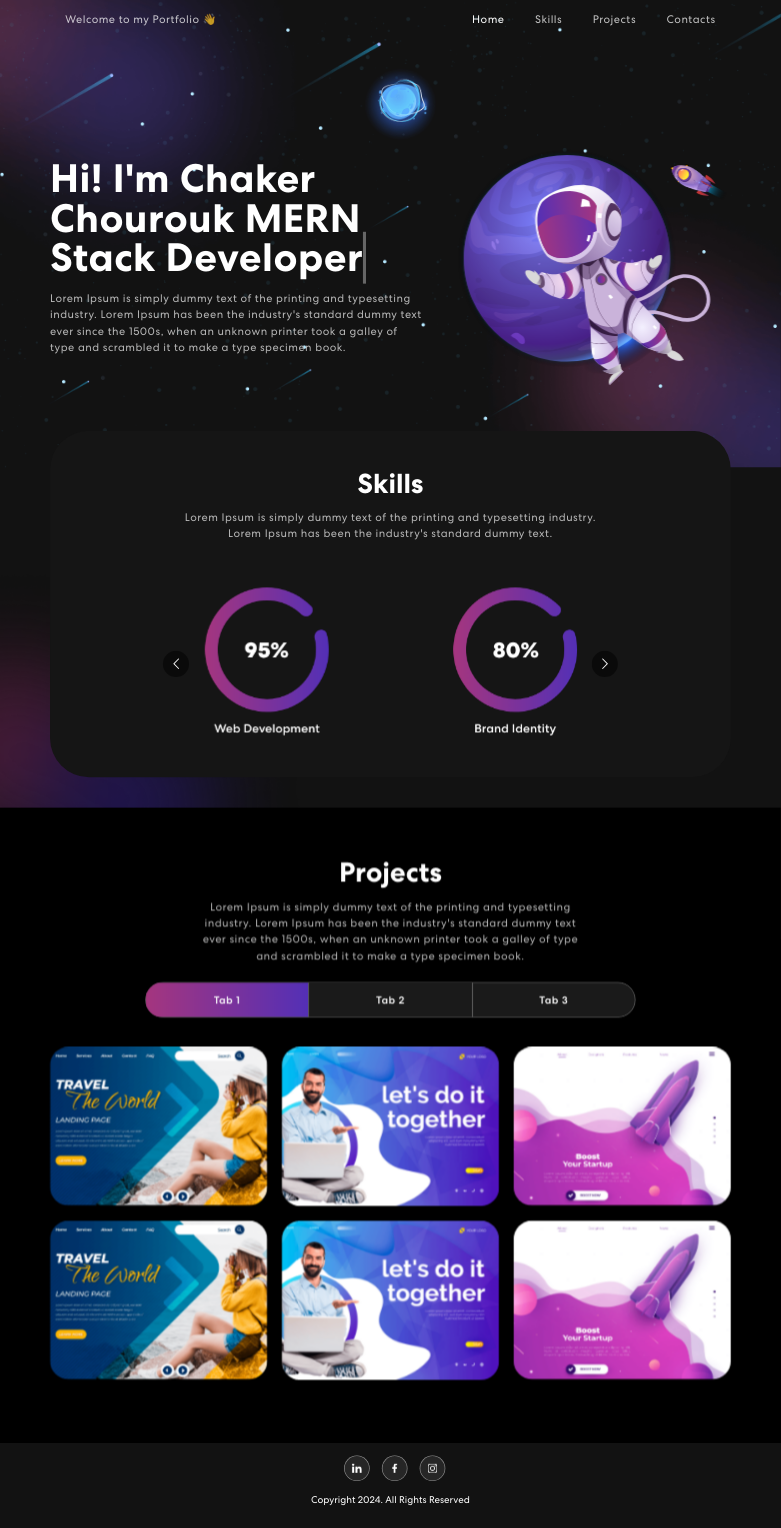
Repository: ChakerChourouk/personal-portfolio
Page: /
The author's editor kept a copy of each file at every save. The page is drawn from the files as they stood at one save, then again after the next save.
The browser window is 1280 px wide. The pictures show the whole page, at 61% of full size.
The project was rebuilt for these pictures with package versions that can differ from the ones it lists, and the page was loaded fresh each time. Imported but missing from the stored project, and not drawn on this page: src/components/Contact.

Above is the page before, as saved 2024-09-15 17:35:13.

### src/App.js
import logo from './logo.svg';
import './App.css';
import 'bootstrap/dist/css/bootstrap.min.css';
import { NavBar } from "./components/NavBar";
import { Banner } from "./components/Banner";
import { Skills } from "./components/Skills";
import { Projects } from "./components/Projects";
import { Contact } from "./components/Contact";
import { Footer } from "./components/Footer";

function App() {
  return (
    <div className="App">
      <NavBar />
      <Banner />
      <Skills />
      <Projects />
      <Footer />
    </div>
  );
}

export default App;

### src/App.css
/************ Custom Font ************/
@font-face {
	font-family: Centra;
	src: url('./assets/font/CentraNo2-Bold.ttf');
	font-weight: 700;
}
@font-face {
	font-family: Centra;
	src: url('./assets/font/CentraNo2-Medium.ttf');
	font-weight: 500;
}
@font-face {
	font-family: Centra;
	src: url('./assets/font/CentraNo2-Book.ttf');
	font-weight: 400;
}

/************ Default Css ************/
* {
  margin: 0;
  padding: 0;
  box-sizing: border-box;
}

html {
  scroll-behavior: smooth;
  scroll-padding-top: 75px;
}

body {
  font-weight: 400;
  overflow-x: hidden;
  position: relative;
  background-color: #121212 !important;
  color: #fff !important;
  font-family: 'Centra', sans-serif !important;
}

h1, h2, h3, h4, h5, h6 {
  margin: 0;
  padding: 0;
  line-height: normal;
}

p, a, li, button, ul {
  margin: 0;
  padding: 0;
  line-height: normal;
  text-decoration: none;
}

a:hover {
  text-decoration: none;
}

img {
  width: 100%;
  height: auto;
}

button {
  border: 0;
  background-color: transparent;
}

input:focus, textarea:focus, select:focus {
  outline: none;
}

@media (min-width:1700px) {
	main .container {
		max-width: 100%;
		padding: 0 150px;
	}
}

p.success {
	color: green;
}

p.danger {
	color: red;
}
/************ Navbar Css ************/
nav.navbar {
  padding: 18px 0;
  position: fixed;
  width: 100%;
  top: 0;
  z-index: 9999;
  transition:  0.32s ease-in-out;
}
nav.navbar.scrolled {
  padding: 0px 0;
  background-color: #121212;
}
nav.navbar a.navbar-brand {
    width: 9%;
}
nav.navbar .navbar-nav .nav-link.navbar-link {
  font-weight: 400;
  color: #fff !important;
  letter-spacing: 0.8px;
  padding: 0 25px;
  font-size: 18px;
  opacity: 0.75;
}
nav.navbar .navbar-nav a.nav-link.navbar-link:hover,
nav.navbar .navbar-nav a.nav-link.navbar-link.active {
    opacity: 1;
}
span.navbar-text {
    display: flex;
    align-items: center;
}
.social-icon {
    display: inline-block;
    margin-left: 14px;
}
.social-icon a {
    width: 42px;
    height: 42px;
    background: rgba(217, 217, 217, 0.1);
    display: inline-flex;
    border-radius: 50%;
    margin-right: 6px;
    align-items: center;
    justify-content: center;
    line-height: 1;
    border: 1px solid rgba(255, 255, 255, 0.5);
}
.social-icon a::before {
    content: "";
    width: 42px;
    height: 42px;
    position: absolute;
    background-color: #ffffff;
    border-radius: 50%;
    transform: scale(0);
	transition: 0.3s ease-in-out;
}
.social-icon a:hover::before {
    transform: scale(1);
}
.social-icon a img {
	width: 40%;
	z-index: 1;
	transition: 0.3s ease-in-out;
}
.social-icon a:hover img {
	filter: brightness(0) saturate(100%) invert(0%) sepia(7%) saturate(98%) hue-rotate(346deg) brightness(95%) contrast(86%);
}
.navbar-text button {
  font-weight: 700;
  color: #fff;
  border: 1px solid #fff;
  padding: 18px 34px;
  font-size: 18px;
  margin-left: 18px;
	position: relative;
	background-color: transparent;
	transition: 0.3s ease-in-out;
}
.navbar-text button span {
  z-index: 1;
}
.navbar-text button::before {
  content: "";
  width: 0%;
  height: 100%;
  position: absolute;
  background-color: #fff;
  left: 0;
  top: 0;
  z-index: -1;
  transition: 0.3s ease-in-out;
}
.navbar-text button:hover {
  color: #121212;
}
.navbar-text button:hover::before {
	content: "";
	width: 100%;
	height: 100%;
	position: absolute;
}
nav.navbar .navbar-toggler:active,
nav.navbar .navbar-toggler:focus {
	outline: none;
    box-shadow: none;
}
nav.navbar .navbar-toggler-icon {
  width: 24px;
  height: 17px;
  background-image: none;
  position: relative;
  border-bottom: 2px solid #fff;
  transition: all 300ms linear;
  top: -2px;
}
nav.navbar .navbar-toggler-icon:focus {
	border-bottom: 2px solid #fff;
}
nav.navbar .navbar-toggler-icon:after,
nav.navbar .navbar-toggler-icon:before {
	width: 24px;
	position: absolute;
	height: 2px;
	background-color: #fff;
	top: 0;
	left: 0;
	content: '';
	z-index: 2;
	transition: all 300ms linear;
}
nav.navbar .navbar-toggler-icon:after {
	top: 8px;
}
nav.navbar .navbar-toggler[aria-expanded="true"] .navbar-toggler-icon:after {
	transform: rotate(45deg);
	background-color: #fff;
	height: 2px;
}
nav.navbar .navbar-toggler[aria-expanded="true"] .navbar-toggler-icon:before {
	transform: translateY(8px) rotate(-45deg);
	background-color: #fff;
	height: 2px;
}
nav.navbar .navbar-toggler[aria-expanded="true"] .navbar-toggler-icon {
	border-color: transparent;
}

/************ Banner Css ************/
.banner {
  margin-top: 0;
  padding: 260px 0 100px 0;
  background-image: url('./assets/img/banner-bg.png');
  background-position: top center;
  background-size: cover;
  background-repeat: no-repeat;
}
.banner .tagline {
  font-weight: 700;
  letter-spacing: 0.8px;
  padding: 8px 10px;
  background: linear-gradient(90.21deg, rgba(170, 54, 124, 0.5) -5.91%, rgba(74, 47, 189, 0.5) 111.58%);
  border: 1px solid rgba(255, 255, 255, 0.5);
  font-size: 20px;
  margin-bottom: 16px;
  display: inline-block;
}
.banner h1 {
  font-size: 65px;
  font-weight: 700;
  letter-spacing: 0.8px;
  line-height: 1;
  margin-bottom: 20px;
  display: block;
}
.banner p {
  color: #B8B8B8;
  font-size: 18px;
  letter-spacing: 0.8px;
  line-height: 1.5em;
  width: 96%;
}
.banner button {
  color: #fff;
  font-weight: 700;
  font-size: 20px;
  margin-top: 60px;
  letter-spacing: 0.8px;
  display: flex;
  align-items: center;
}
.banner button svg {
  font-size: 25px;
  margin-left: 10px;
  transition: 0.3s ease-in-out;
  line-height: 1;
}
.banner button:hover svg {
  margin-left: 25px;
}
.banner img {
  animation: updown 3s linear infinite;
}
@keyframes updown {
    0% {
        transform: translateY(-20px);
    }
    50% {
        transform: translateY(20px);
    }
    100% {
        transform: translateY(-20px);
    }
}
.txt-rotate > .wrap {
  border-right: 0.08em solid #666;
}

/************ Skills Css ************/
.skill {
  padding: 0 0 50px 0;
  position: relative;
}
.skill-bx {
  background: #151515;
  border-radius: 64px;
  text-align: center;
  padding: 60px 50px;
  margin-top: -60px;
}
.skill h2 {
	font-size: 45px;
	font-weight: 700;
}
.skill p {
    color: #B8B8B8;
    font-size: 18px;
    letter-spacing: 0.8px;
    line-height: 1.5em;
    margin: 14px 0 75px 0;
}
.skill-slider {
  width: 80%;
  margin: 0 auto;
  position: relative;
}
.skill-slider .item img {
  width: 50%;
  margin: 0 auto 15px auto;
}
.background-image-left {
  top: 28%;
  position: absolute;
  bottom: 0;
  width: 40%;
  z-index: -4;
}

/************ Projects Css ************/
.project {
  padding: 80px 0;
  position: relative;
  background-color: black;
}
.project h2 {
	font-size: 45px;
	font-weight: 700;
  text-align: center;
}
.project p {
  color: #B8B8B8;
  font-size: 18px;
  letter-spacing: 0.8px;
  line-height: 1.5em;
  margin: 14px auto 30px auto;
  text-align: center;
  width: 56%;
}
.project .nav.nav-pills {
  width: 72%;
  margin: 0 auto;
  border-radius: 50px;
  background-color: rgb(255 255 255 / 10%);
  overflow: hidden;
}
.project .nav.nav-pills .nav-item {
  width: 33.33333%;
}
.project .nav.nav-pills .nav-link {
  background-color: transparent;
  border-radius: 0;
  padding: 17px 0;
  color: #fff;
  width: 100%;
  font-size: 17px;
  letter-spacing: 0.8px;
  font-weight: 500;
  position: relative;
  transition: 0.3s ease-in-out;
  text-align: center;
  z-index: 0;
}
.project .nav.nav-pills .nav-link::before {
    content: "";
    position: absolute;
    width: 0;
    height: 100%;
    background: linear-gradient(90.21deg, #AA367C -5.91%, #4A2FBD 111.58%);
    top: 0;
    left: 0;
    z-index: -1;
    transition: 0.3s ease-in-out;
}
.project .nav.nav-pills .nav-link.active::before {
    width: 100% !important;
}
.project .nav.nav-pills .nav-link.active {
    border: 1px solid rgba(255, 255, 255, 1);
}
.nav-link#projects-tabs-tab-first {
  border: 1px solid rgba(255, 255, 255, 0.5);
  border-radius: 55px 0px 0px 55px;
}
.nav-link#projects-tabs-tab-second {
  border-top: 1px solid rgba(255, 255, 255, 0.5);
  border-bottom: 1px solid rgba(255, 255, 255, 0.5);
}
.nav-link#projects-tabs-tab-third {
  border: 1px solid rgba(255, 255, 255, 0.5);
  border-radius: 0 55px 55px 0;
}
.proj-imgbx {
  position: relative;
  border-radius: 30px;
  overflow: hidden;
  margin-bottom: 24px;
}
.proj-imgbx::before {
  content: "";
  background: linear-gradient(90.21deg, #AA367C -5.91%, #4A2FBD 111.58%);
  opacity: 0.85;
  position: absolute;
  width: 100%;
  height: 0;
  transition: 0.4s ease-in-out;
}
.proj-imgbx:hover::before {
  height: 100%;
}
.proj-txtx {
  position: absolute;
  text-align: center;
  top: 65%;
  left: 50%;
  transform: translate(-50%, -50%);
  transition: 0.5s ease-in-out;
  opacity: 0;
  width: 100%;
}
.proj-imgbx:hover .proj-txtx {
  top: 50%;
  opacity: 1;
}
.proj-txtx h4 {
  font-size: 30px;
  font-weight: 700;
  letter-spacing: 0.8px;
  line-height: 1.1em;
}
.proj-txtx span {
  font-style: italic;
  font-weight: 400;
  font-size: 15px;
  letter-spacing: 0.8px;
}
.background-image-right {
  top: 20%;
  position: absolute;
  bottom: 0;
  width: 35%;
  right: 0;
  z-index: -4;
}

/************ Projects Css ************/
.contact {
  background: linear-gradient(90.21deg, #AA367C -5.91%, #4A2FBD 111.58%);
  padding: 60px 0 200px 0;
}
.contact img {
  width: 92%;
}
.contact h2 {
	font-size: 45px;
	font-weight: 700;
  margin-bottom: 30px;
}
.contact form input, .contact form textarea {
  width: 100%;
  background: rgba(255, 255, 255, 0.1);
  border: 1px solid rgba(255, 255, 255, 0.5);
  border-radius: 20px;
  color: #fff;
  margin: 0 0 8px 0;
  padding: 18px 26px;
  font-weight: 500;
  font-size: 18px;
  letter-spacing: 0.8px;
  transition: 0.3s ease-in-out;
}
.contact form input:focus, .contact form textarea:focus {
  background: rgba(255, 255, 255, 1);
  color: #121212;
}
.contact form input::placeholder, .contact form textarea::placeholder {
  font-size: 16px;
  font-weight: 400;
  color: #fff;
}
.contact form input:focus::placeholder, .contact form textarea:focus::placeholder {
  color: #121212;
  opacity: 0.8;
}
.contact form button {
  font-weight: 700;
  color: #000;
  background-color: #fff;
  padding: 14px 48px;
  font-size: 18px;
  margin-top: 25px;
  border-radius: 0;
  position: relative;
  transition: 0.3s ease-in-out;
}
.contact form button span {
  z-index: 1;
  position: relative;
}
.contact form button:hover {
  color: #fff;
}
.contact form button::before {
  content: "";
  background: #121212;
  width: 0;
  height: 100%;
  position: absolute;
  top: 0;
  left: 0;
  z-index: 0;
  transition: 0.3s ease-in-out;
}
.contact form button:hover::before {
  width: 100%;
}

/************ Footer Css ************/

.footer {
  padding: 20px 0;
}

.social-icon a {
  margin: 0 10px;
}

/* Add margin to create space between icons and the text */
.text-center p {
  margin-top: 20px; /* Adjust the value for more or less space */
}


.welcome {
    font-weight: 400;
    color: #fff !important;
    letter-spacing: 0.8px;
    padding: 0 25px;
    font-size: 18px;
    opacity: 0.75;
}

### src/components/NavBar.js
import { useState, useEffect } from "react";
import { Navbar, Nav, Container } from "react-bootstrap";
import {
  BrowserRouter as Router
} from "react-router-dom";

export const NavBar = () => {

  const [activeLink, setActiveLink] = useState('home');
  const [scrolled, setScrolled] = useState(false);

  useEffect(() => {
    const onScroll = () => {
      if (window.scrollY > 50) {
        setScrolled(true);
      } else {
        setScrolled(false);
      }
    }

    window.addEventListener("scroll", onScroll);

    return () => window.removeEventListener("scroll", onScroll);
  }, [])

  const onUpdateActiveLink = (value) => {
    setActiveLink(value);
  }

  return (
    <Router>
      <Navbar expand="md" className={scrolled ? "scrolled" : ""}>
        <Container>
         {/* <Navbar.Brand href="/">
            <img src={logo} alt="Logo" />
          </Navbar.Brand>*/}
          <span className="welcome">Welcome to my Portfolio<span role="img" aria-label="waving hand"> 👋</span> </span>
          <Navbar.Toggle aria-controls="basic-navbar-nav">
            <span className="navbar-toggler-icon"></span>
          </Navbar.Toggle>
          <Navbar.Collapse id="basic-navbar-nav">
            <Nav className="ms-auto">
              <Nav.Link href="#home" className={activeLink === 'home' ? 'active navbar-link' : 'navbar-link'} onClick={() => onUpdateActiveLink('home')}>Home</Nav.Link>
              <Nav.Link href="#skills" className={activeLink === 'skills' ? 'active navbar-link' : 'navbar-link'} onClick={() => onUpdateActiveLink('skills')}>Skills</Nav.Link>
              <Nav.Link href="#projects" className={activeLink === 'projects' ? 'active navbar-link' : 'navbar-link'} onClick={() => onUpdateActiveLink('projects')}>Projects</Nav.Link>
              <Nav.Link href="#contacts" className={activeLink === 'contacts' ? 'active navbar-link' : 'navbar-link'} onClick={() => onUpdateActiveLink('projects')}>Contacts</Nav.Link>
            </Nav>
            {/*<span className="navbar-text">
              <div className="social-icon">
                <a href="#"><img src={navIcon1} alt="" /></a>
                <a href="#"><img src={navIcon2} alt="" /></a>
                <a href="#"><img src={navIcon3} alt="" /></a>
              </div>
            </span>*/}
          </Navbar.Collapse>
        </Container>
      </Navbar>
    </Router>
  )
}

### src/components/Banner.js
import { useState, useEffect } from "react";
import { Container, Row, Col } from "react-bootstrap";
import headerImg from "../assets/img/header-img.svg";
import { ArrowRightCircle } from 'react-bootstrap-icons';
import 'animate.css';
import TrackVisibility from 'react-on-screen';

export const Banner = () => {
  const [loopNum, setLoopNum] = useState(0);
  const [isDeleting, setIsDeleting] = useState(false);
  const [text, setText] = useState('');
  const [delta, setDelta] = useState(300 - Math.random() * 100);
  const [index, setIndex] = useState(1);
  const toRotate = [ "MERN Stack Developer", "Web Designer", "UI/UX Designer" ];
  const period = 2000;

  useEffect(() => {
    let ticker = setInterval(() => {
      tick();
    }, delta);

    return () => { clearInterval(ticker) };
  }, [text])

  const tick = () => {
    let i = loopNum % toRotate.length;
    let fullText = toRotate[i];
    let updatedText = isDeleting ? fullText.substring(0, text.length - 1) : fullText.substring(0, text.length + 1);

    setText(updatedText);

    if (isDeleting) {
      setDelta(prevDelta => prevDelta / 2);
    }

    if (!isDeleting && updatedText === fullText) {
      setIsDeleting(true);
      setIndex(prevIndex => prevIndex - 1);
      setDelta(period);
    } else if (isDeleting && updatedText === '') {
      setIsDeleting(false);
      setLoopNum(loopNum + 1);
      setIndex(1);
      setDelta(500);
    } else {
      setIndex(prevIndex => prevIndex + 1);
    }
  }

  return (
    <section className="banner" id="home">
      <Container>
        <Row className="aligh-items-center">
          <Col xs={12} md={6} xl={7}>
            <TrackVisibility>
              {({ isVisible }) =>
              <div className={isVisible ? "animate__animated animate__fadeIn" : ""}>
                <h1>{`Hi! I'm Chaker Chourouk`} <span className="txt-rotate" dataPeriod="1000" data-rotate='[ "MERN Stack Developer", "Web Designer", "UI/UX Designer" ]'><span className="wrap">{text}</span></span></h1>
                  <p>Lorem Ipsum is simply dummy text of the printing and typesetting industry. Lorem Ipsum has been the industry's standard dummy text ever since the 1500s, when an unknown printer took a galley of type and scrambled it to make a type specimen book.</p>
              </div>}
            </TrackVisibility>
          </Col>
          <Col xs={12} md={6} xl={5}>
            <TrackVisibility>
              {({ isVisible }) =>
                <div className={isVisible ? "animate__animated animate__zoomIn" : ""}>
                  <img src={headerImg} alt="Header Img"/>
                </div>}
            </TrackVisibility>
          </Col>
        </Row>
      </Container>
    </section>
  )
}

### src/components/Skills.js
import meter1 from "../assets/img/meter1.svg";
import meter2 from "../assets/img/meter2.svg";
import meter3 from "../assets/img/meter3.svg";
import Carousel from 'react-multi-carousel';
import 'react-multi-carousel/lib/styles.css';
import arrow1 from "../assets/img/arrow1.svg";
import arrow2 from "../assets/img/arrow2.svg";
import colorSharp from "../assets/img/color-sharp.png"

export const Skills = () => {
  const responsive = {
    superLargeDesktop: {
      // the naming can be any, depends on you.
      breakpoint: { max: 4000, min: 3000 },
      items: 5
    },
    desktop: {
      breakpoint: { max: 3000, min: 1024 },
      items: 3
    },
    tablet: {
      breakpoint: { max: 1024, min: 464 },
      items: 2
    },
    mobile: {
      breakpoint: { max: 464, min: 0 },
      items: 1
    }
  };

  return (
    <section className="skill" id="skills">
        <div className="container">
            <div className="row">
                <div className="col-12">
                    <div className="skill-bx wow zoomIn">
                        <h2>Skills</h2>
                        <p>Lorem Ipsum is simply dummy text of the printing and typesetting industry.<br></br> Lorem Ipsum has been the industry's standard dummy text.</p>
                        <Carousel responsive={responsive} infinite={true} className="owl-carousel owl-theme skill-slider">
                            <div className="item">
                                <img src={meter1} alt="Image" />
                                <h5>Web Development</h5>
                            </div>
                            <div className="item">
                                <img src={meter2} alt="Image" />
                                <h5>Brand Identity</h5>
                            </div>
                            <div className="item">
                                <img src={meter3} alt="Image" />
                                <h5>Logo Design</h5>
                            </div>
                            <div className="item">
                                <img src={meter1} alt="Image" />
                                <h5>Web Development</h5>
                            </div>
                        </Carousel>
                    </div>
                </div>
            </div>
        </div>
        <img className="background-image-left" src={colorSharp} alt="Image" />
    </section>
  )
}

### src/components/Footer.js
import { Container, Row, Col } from "react-bootstrap";
import logo from "../assets/img/logo.svg";
import navIcon1 from "../assets/img/nav-icon1.svg";
import navIcon2 from "../assets/img/nav-icon2.svg";
import navIcon3 from "../assets/img/nav-icon3.svg";

export const Footer = () => {
  return (
    <footer className="footer" id="contacts" >
      <Container>
        <Row className="align-items-center justify-content-center">
          <Col size={12} sm={6} className="text-center">
            <div className="social-icon">
              <a href="https://www.linkedin.com/in/chaker-chourouk-a32841257/"><img src={navIcon1} alt="Icon" /></a>
              <a href="#"><img src={navIcon2} alt="Icon" /></a>
              <a href="#"><img src={navIcon3} alt="Icon" /></a>
            </div>
            <p>Copyright 2024. All Rights Reserved</p>
          </Col>
        </Row>
      </Container>
    </footer>
  );
};

Loaded but not shown: public/index.html (common file); src/index.js (common file); src/index.css (common file); src/reportWebVitals.js (common file); src/components/ProjectCard.js (common file); src/components/Projects.js (98 lines, source omitted)

After the next save:
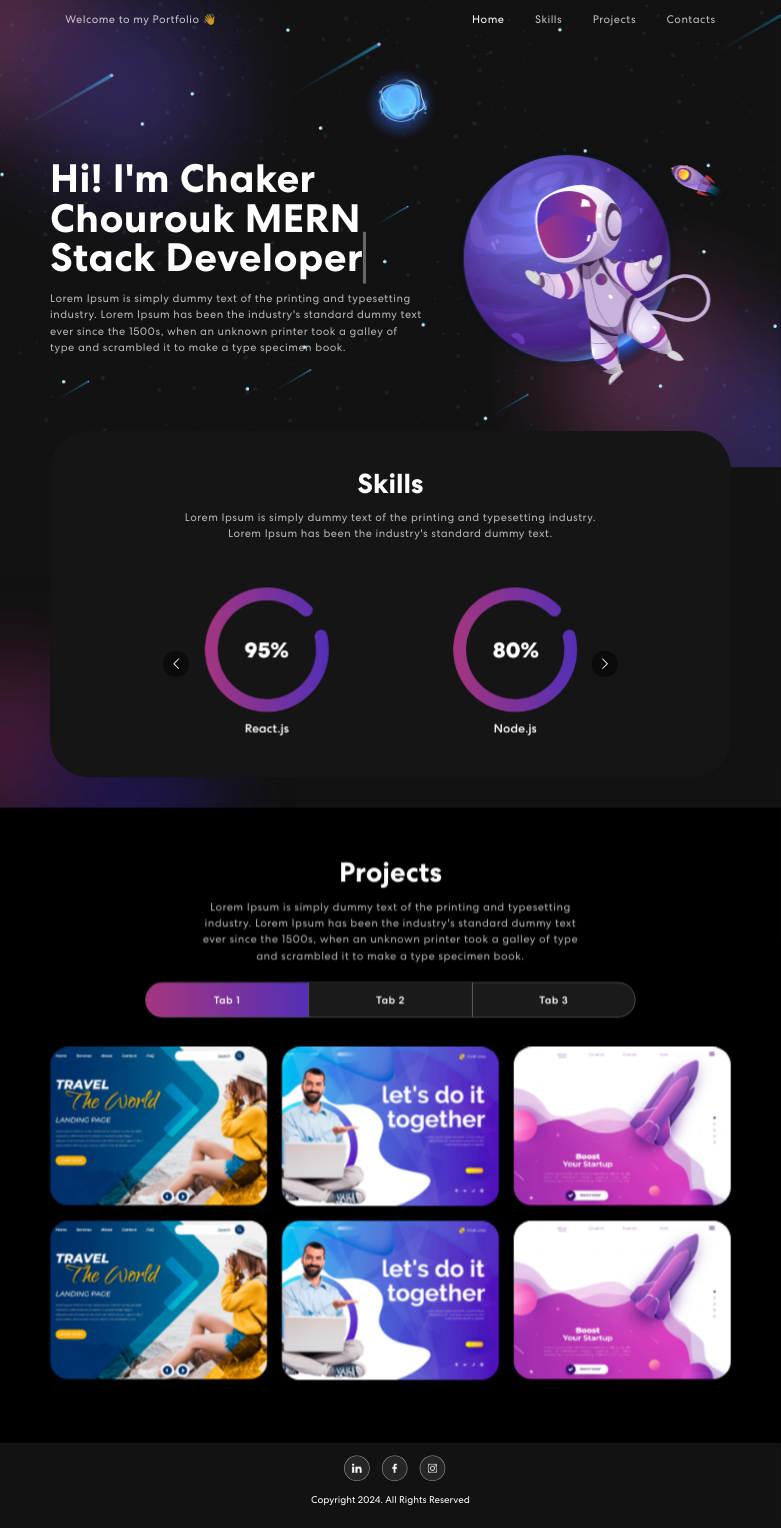
Saved 2 h 48 min later.
--- a/src/components/Skills.js
+++ b/src/components/Skills.js
@@ -39,19 +39,27 @@ export const Skills = () => {
                         <Carousel responsive={responsive} infinite={true} className="owl-carousel owl-theme skill-slider">
                             <div className="item">
                                 <img src={meter1} alt="Image" />
-                                <h5>Web Development</h5>
+                                <h5>React.js</h5>
                             </div>
                             <div className="item">
                                 <img src={meter2} alt="Image" />
-                                <h5>Brand Identity</h5>
+                                <h5>Node.js</h5>
                             </div>
                             <div className="item">
                                 <img src={meter3} alt="Image" />
-                                <h5>Logo Design</h5>
+                                <h5>Express.js</h5>
                             </div>
                             <div className="item">
                                 <img src={meter1} alt="Image" />
-                                <h5>Web Development</h5>
+                                <h5>MongoDB</h5>
+                            </div>
+                            <div className="item">
+                                <img src={meter1} alt="Image" />
+                                <h5>Adobe Illustarator</h5>
+                            </div>
+                            <div className="item">
+                                <img src={meter1} alt="Image" />
+                                <h5>Figma</h5>
                             </div>
                         </Carousel>
                     </div>
